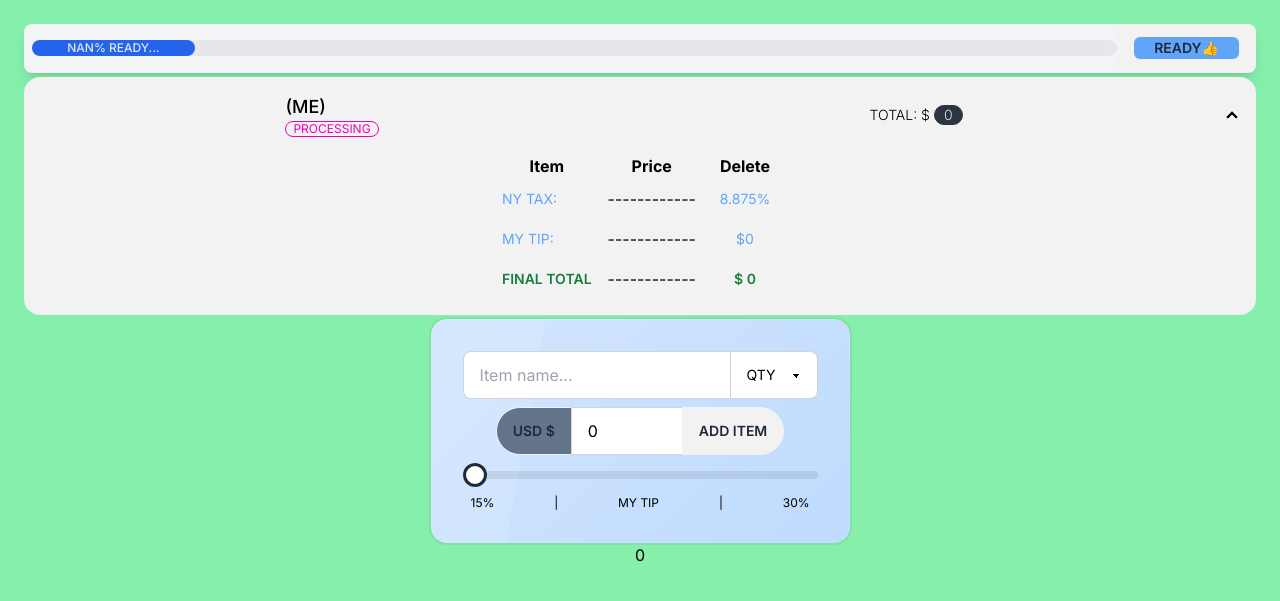
Repository: bitepay/bitepay-xyz
Page: /table
The author's editor kept a copy of each file at every save. The page is drawn from the files as they stood at one save, then again after the next save.
The browser window is 1280 px wide. The pictures show the whole page.
The page's requests for data from a server got no answer. The project was rebuilt for these pictures with package versions that can differ from the ones it lists, and the page was loaded fresh each time. The framework's server and built-in components were replaced by stand-ins that run in the browser. No one was signed in, and anything a server would have sent is missing. Also part of the build but not shown: next.config.js.

Above is the page before, as saved 2023-06-28 08:09:05.

### src/pages/_app.js
import '@/styles/globals.css';
import { UserSocketProvider } from '@/context/UserSocketContext';

export default function App({ Component, pageProps }) {
  return (
    <UserSocketProvider>
      <Component {...pageProps} />
    </UserSocketProvider>
  )
}

### src/pages/table.js

// import Image from 'next/image'
import Head from "next/head"
// import Link from "next/link"
import { Inter } from 'next/font/google'

import { useUserSocketContext } from '@/context/UserSocketContext'

import { AddItemInput } from '@/components/AddItemInput'
import { ProgressBar } from '@/components/ProgressBar'
import { UserBill } from '@/components/UserBill'
import { MembersBill } from '@/components/MembersBill'

const inter = Inter({ subsets: ['latin'] })

export default function Table() {

  const { socket, user, tableMembers, setUser } = useUserSocketContext();

  if (user.tableID !== 0) {
    socket.emit('joinTable', user)
  }

  const handleUserDelete = (user, payload) => {
    socket.emit('userDeleteItem', {user, payload})
  };

  const handleUserUpdate = (user, payload) => {
    socket.emit('userUpdate', {user, payload})
  };

  const userUpdateStatus = (user) => {
    if (user.status === 'PROCESSING') {
      socket.emit('userUpdateStatus', { ...user, status: 'READY' })
    } else {
      socket.emit('userUpdateStatus', { ...user, status: 'PROCESSING' })
    }
  }

  return (
    <>
      <Head>
        <title>BitePay - Table</title>
        <meta name="description" content="The fastest and easiest way to divvy up the dining bill between your friends."></meta>
      </Head>

      <main className={`flex min-h-screen flex-col items-center p-6 ${inter.className} bg-green-300`} >

        <ProgressBar user={user} tableMembers={tableMembers} userUpdateStatus={userUpdateStatus} />
        <UserBill user={user} handleUserDelete={handleUserDelete} />
        <AddItemInput user={user} handleUserUpdate={handleUserUpdate} setUser={setUser} />
        <MembersBill tableMembers={tableMembers} userId={user.id}/>

      </main>
    </>
  )
}

### src/context/UserSocketContext.js
'use client';
import React, { createContext, useEffect, useState, useContext } from 'react'
import { io } from 'socket.io-client'


// Create a new context
const UserSocketContext = createContext({});

// Custom context provider component
export const UserSocketProvider = ({ children }) => {

  const [socket, setSocket] = useState(null);

  const [user, setUser] = useState({
    id: '',
    username: '',
    tableID: 0,
    myItems: [],
    tip: 15,
    total: 0,
    status: 'PROCESSING',
  });

  const [tableMembers, setTableMembers] = useState([]);

  // Establish the Socket.IO connection when the component mounts
  useEffect(() => {

    const socket = io('https://bitepay.xyz');
    setSocket(socket);

    socket.on('connect', () => {
      console.log('Successfully connected to the ws server!')
    })

    // set user id to the websocket id
    socket.on('setId', (data) => setUser((prevUser) => {
      prevUser.id = data
      return prevUser;
    }));

    // listen to events from ws server regarding members of the table
    socket.on('tableMembers', (data) => setTableMembers((prevTableMembers) => { return [...data.slice()] }));

    // listen to events from ws server regarding updates to tableMembers
    socket.on('tableMemberUpdate', (data) => {

      if (data.id === user.id) {
        setUser((prevUser) => {
          prevUser.myItems = data.myItems;
          prevUser.tip = data.tip;
          prevUser.total = data.total;
          prevUser.status = data.status;
          return prevUser;
        })
      }

      setTableMembers((prevTableMembers) => {
        return prevTableMembers.map((member) => {
          if (member.id === data.id) {
            member.myItems = data.myItems
            member.tip = data.tip
            member.total = data.total
            member.status = data.status
            return member
          } else {
            return member
          }
        })
      })
    });

    // listen to events from ws server regarding members leaving the table
    socket.on('userLeft', (data) => {
      setTableMembers((prevTableMembers) => {
        return prevTableMembers.filter((member) => {
          return member.id !== data.id
        })
      })
    });

    socket.on('disconnect', () => {
      console.log('Disconnected from the ws server!');
    });

    // Clean up the socket connection when the component unmounts
    return () => {
      socket.off('connect');
      socket.off('setId');
      socket.off('tableMembers');
      socket.off('tableMemberUpdate');
      socket.off('userLeft');
      socket.disconnect();
    };
  }, [user.id]);

  // Provide the socket object to the child components
  return (
    <UserSocketContext.Provider value={{socket, user, setUser, tableMembers, setTableMembers}}>
      {children}
    </UserSocketContext.Provider>
  );
};

// Export the SocketContext
export default UserSocketContext;

// Export a custom hook that can be used to consume this context
export const useUserSocketContext = () => useContext(UserSocketContext);

### src/components/AddItemInput.jsx
import { useState, useEffect } from 'react';

export const AddItemInput = ({ handleUserUpdate, user, setUser }) => {
	const [itemName, setItemName] = useState('');
	const [itemPrice, setItemPrice] = useState(0);
	const [itemQuantity, setItemQuantity] = useState(0);

	const handleClick = (e) => {
			if (itemQuantity === 0) {
					alert("Don't forget to add quantity!");
			}
			else if (itemPrice <= 0) {
					alert("Please don't forget to add your item's price!");
			}
			else if (itemName != "" && itemPrice > 0 && itemQuantity > 0) {
					const itemID = Math.ceil(Math.random()*1000000000);
					const payload = {itemID, itemName, itemPrice, itemQuantity};
					handleUserUpdate(user, payload);
					setItemName('');
					setItemPrice(0);
			} else {
					alert("Please fill out all fields");
			}
	}

	const handleTipChange = (e) => {
		e.preventDefault();
		setUser({...user, tip: parseInt(e.target.value)})
	}

	return (
		<>
			<div className="card glass w-auto bg-blue-200">
				<div className="card-body">
					<div className="join mx-auto">

						<input className="input input-bordered join-item max-w-34" placeholder="Item name..." value={itemName} onChange={(e) => {setItemName(e.target.value)}}/>

						<select className="select select-bordered join-item" value={itemQuantity} onChange={(e) => setItemQuantity(e.target.value)}>
							<option disabled value={0}>QTY</option>
							<option value={1/4}>
									1/4
							</option>
							<option value={1/3}>
									1/3
							</option>
							<option value={1/2}>
									1/2
							</option>
							<option value={1}>
									1
							</option>
							<option value={2}>
									2
							</option>
							<option value={3}>
									3
							</option>
							<option value={4}>
									4
							</option>
						</select>

					</div>
					<div className="mx-auto">
						<div className="join">
							<button className="btn join-item rounded-l-full bg-slate-500">USD $</button>
							<input className="input input-bordered join-item w-28" placeholder="Price" type="number" value={itemPrice} onChange={(e) => {setItemPrice(e.target.value)}}/>
							<button className="btn join-item rounded-r-full" disabled={user.status === 'READY'} onClick={(e) => handleClick(e)}>ADD ITEM</button>
						</div>
					</div>
						<input type="range" className="range" min={15} max={30} value={user.tip} step={1} onChange={(e) => handleTipChange(e)} disabled={user.status === 'READY'} />
						<div className="w-full flex justify-between text-xs px-2">
							<span>15%</span>
							<span>|</span>
							<span>MY TIP</span>
							<span>|</span>
							<span>30%</span>
						</div>
				</div>
			</div>
		</>
	)
};

### src/components/ProgressBar.jsx
import { useState, useEffect } from 'react';

export const ProgressBar = ({ tableMembers, user, userUpdateStatus }) => {

  const [progress, setProgress] = useState(0);

  useEffect(() => {
    const completed = tableMembers.filter((member) => member.status === 'READY');
    const progress = Math.round(100 * ((completed.length / tableMembers.length) * 100)) / 100;
    setProgress(progress);

    console.log(`Re-render triggered from tableMember update in ProgressBar. Progress is now ${progress}%`)
  }, [tableMembers])

  const progressBar = (progress) => {
    if (progress === 100) {
      return (
          <div className="w-full bg-gray-200 rounded-full dark:bg-gray-700">
            <div className="bg-green-600 text-xs font-medium text-green-100 text-center p-0.5 leading-none rounded-full" style={{width: `${progress}%`}}> {progress}% COMPLETE! </div>
          </div>
      )
    } else {
      return (
        <div className="w-full bg-gray-200 rounded-full dark:bg-gray-700">
            <div className="bg-blue-600 text-xs font-medium text-blue-100 text-center p-0.5 leading-none rounded-full" style={{width: `${progress < 15 ? 15 : progress}%`}}> {progress}% READY... </div>
          </div>
      )
    }
  }

  const handleChange = () => {
    userUpdateStatus(user)
  }

  const toggleStatusButton = (status) => {
    return (
      <label className="btn swap swap-rotate">

        {/* this hidden checkbox controls the state */}
        <input type="checkbox" onChange={() => handleChange()} checked={user.status === 'READY'}/>

        {/* ready icon */}

        <div class="swap-on bg-red-400 p-1 rounded-md">Make changes</div>
        <div class="swap-off bg-blue-400 p-1 rounded-md">Ready👍</div>

        {/* not ready icon */}


      </label>
    )

  }



  return (

      <div className="w-full flex items-center justify-between mb-.5 mx-auto pl-2 overflow-hidden rounded-lg shadow-lg bg-gray-100 uppercase border-b border-gray-100">
          {progressBar(progress)}
        <div id="final-bill-button">
          {toggleStatusButton(user.status)}
        </div>
      </div>

  )
}

### src/components/UserBill.jsx
export const UserBill = ({ user, handleUserDelete }) => {

  const UserItem = (item) => {
    const { itemID, itemName, itemPrice, itemQuantity } = item

    return (
      <tr key={`user-item-${itemID}`}>
				<td className="px-4">{`${itemName} ${itemQuantity !== '1' ? `x ${Math.round((100 * itemQuantity)) / 100}` : ''}`}</td>
				<td className="px-4">{itemPrice}</td>
				{/* This is where we need to add the delete button for User delete feature */}
				<td className="px-4">
          <button className="btn btn-circle btn-error" onClick={() => handleUserDelete(user, item)} disabled={user.status === 'READY'}>
          <svg xmlns="http://www.w3.org/2000/svg" class="h-6 w-6" fill="none" viewBox="0 0 24 24" stroke="currentColor"><path stroke-linecap="round" stroke-linejoin="round" stroke-width="2" d="M6 18L18 6M6 6l12 12" /></svg>
          </button>
        </td>
			</tr>
    )
  }

  return (
    <div className="collapse collapse-arrow bg-base-200 m-1">
      <input type="radio" name="my-accordion-2" defaultChecked="true"/>
      <div className="collapse-title">
        {/* This is where we need to render name, status, and total */}
        <div className="flex justify-around">
          <div className="flex flex-col">
            <div className="text-lg font-medium">
              {user.username} (ME)
            </div>
            <div className={`badge badge-sm text-xs ${user.status === 'READY' ? 'badge-accent' : 'badge-secondary badge-outline'}`}>
              {user.status === 'READY' ? 'READY' : 'PROCESSING'}
            </div>
          </div>
          <div className="text-sm font-light my-auto">
            TOTAL{': $ '}
            <div className={`badge ${user.status === 'READY' ? 'badge-primary' : 'badge-neutral'}`}>
              {Math.round(100 * ((((1+(user.tip / 100))) * user.total) + (user.total * .08875))) / 100}
            </div>
          </div>

        </div>
      </div>
      <div className="collapse-content">
        {/* This is where I need to map through user items */}
        <table className="table-auto mx-auto text-center">
          <thead>
            <tr>
              <th className="px-4">Item</th>
              <th className="px-4">Price</th>
              <th className="px-4">Delete</th>
            </tr>
          </thead>
          <tbody>
            {user.myItems.map((item) => UserItem(item))}
            <tr>
              <td className="p-2 whitespace-nowrap">
                <div className="text-left text-sm text-blue-400">NY TAX:</div>
              </td>
              <td className="p-2 whitespace-nowrap">
                <div className="text-center">------------</div>
              </td>
              <td className="p-2 whitespace-nowrap">
                <div className="text-sm text-center  text-blue-400">8.875%</div>
              </td>
            </tr>
            <tr>
              <td className="p-2 whitespace-nowrap">
                <div className="text-left text-sm text-blue-400">MY TIP:</div>
              </td>
              <td className="p-2 whitespace-nowrap">
                <div className="text-center">------------</div>
              </td>
              <td className="p-2 whitespace-nowrap">
                <div className="text-sm text-center  text-blue-400">${Math.round(100 * ((1 + (user.tip / 100)) * user.total )) / 100}</div>
              </td>
            </tr>
            <tr>
              <td className="p-2 whitespace-nowrap">
                <div className="text-left text-sm text-green-700 font-semibold">FINAL TOTAL</div>
              </td>
              <td className="p-2 whitespace-nowrap">
                <div className="text-center">------------</div>
              </td>
              <td className="p-2 whitespace-nowrap">
                <div className="text-sm text-center  text-green-700 font-semibold">$ {
                Math.round(100 * ((((1+(user.tip / 100))) * user.total) + (user.total * .08875))) / 100
                }</div>
              </td>
            </tr>
          </tbody>
        </table>
      </div>
    </div>
  )
}

### src/components/MembersBill.jsx
export const MembersBill = ({ tableMembers, userId }) => {

  const MemberItem = (item) => {
    const { itemID, itemName, itemPrice, itemQuantity } = item

    return (
      <tr key={`member-item-${itemID}`}>
        <td className="px-5">{itemName}</td>
        <td className="px-5">{itemQuantity}</td>
        <td className="px-5">{itemPrice}</td>
        <td className="px-5">{' '}</td>
      </tr>
    )
  }

  return (
    <>
      {tableMembers.length && tableMembers.map((member) => {
        if (member.id !== userId) {
          return (
            <div key={`${member.id}-list-items`} className="collapse collapse-arrow bg-base-200 m-1">
              <input type="radio" name="my-accordion-2"/>
              <div className="collapse-title text-xl font-medium">
                {/* This is where we need to render name, status, and total */}
                {member.username}
              </div>
              <div className="collapse-content">
              <table className="table-auto mx-auto">
                <thead>
                  <tr>
                    <th className="px-5">Item</th>
                    <th className="px-5">Quantity</th>
                    <th className="px-5">Price</th>
                    <th className="px-5"></th>
                  </tr>
                </thead>
                <tbody>
                  {member.myItems?.length ? member.myItems.map((item) => MemberItem(item)) : <tr key="user-no-items"><td>No items yet</td></tr>}
                </tbody>
                </table>
              </div>
            </div>
          )
        }
      })}
    </>
  )
};

### tailwind.config.js
/** @type {import('tailwindcss').Config} */
module.exports = {
  content: [
    './src/pages/**/*.{js,ts,jsx,tsx,mdx}',
    './src/components/**/*.{js,ts,jsx,tsx,mdx}',
    './src/app/**/*.{js,ts,jsx,tsx,mdx}',
  ],
  theme: {
    extend: {
      backgroundImage: {
        'gradient-radial': 'radial-gradient(var(--tw-gradient-stops))',
        'gradient-conic':
          'conic-gradient(from 180deg at 50% 50%, var(--tw-gradient-stops))',
      },
    },
  },
  daisyui: {
    themes: [
      "light",
      "dark"
    ],
  },
  plugins: [require("daisyui")],
}

Loaded but not shown: src/pages/_document.js (common file); src/styles/globals.css (common file)

After the next save:
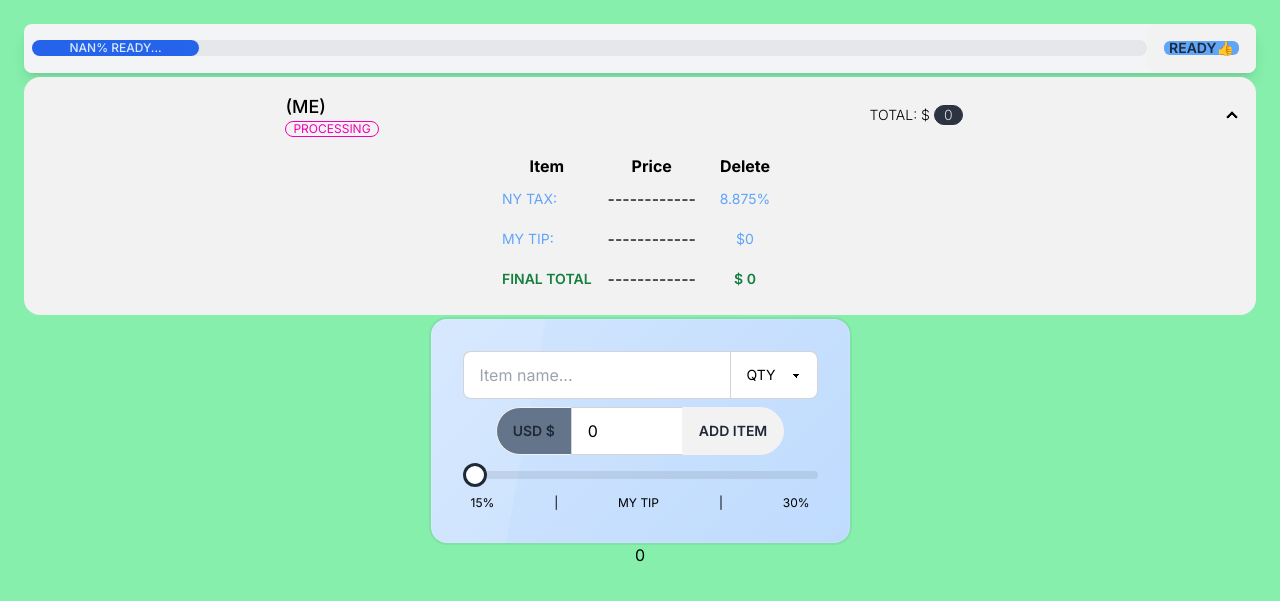
Saved 5 min 44 s later.
--- a/src/components/ProgressBar.jsx
+++ b/src/components/ProgressBar.jsx
@@ -41,8 +41,8 @@ export const ProgressBar = ({ tableMembers, user, userUpdateStatus }) => {
 
         {/* ready icon */}
 
-        <div class="swap-on bg-red-400 p-1 rounded-md">Make changes</div>
-        <div class="swap-off bg-blue-400 p-1 rounded-md">Ready👍</div>
+        <div class="swap-on bg-red-400 rounded-md">👎Unready</div>
+        <div class="swap-off bg-blue-400 rounded-md">Ready👍</div>
 
         {/* not ready icon */}
 
